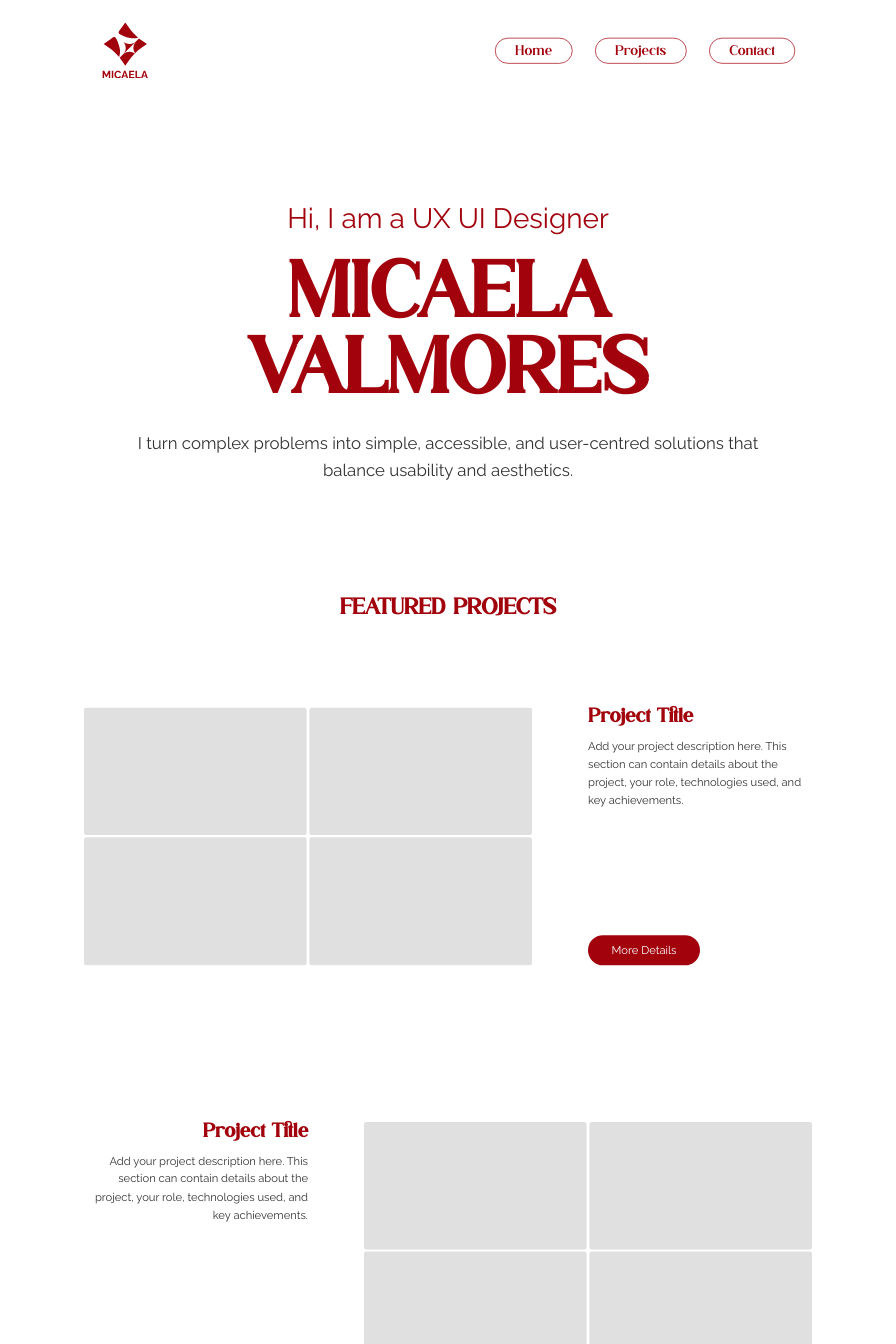
Repository: Micaelavalmores/Micaela-Portfolio
Page: /
The author's editor kept a copy of each file at every save. The page is drawn from the files as they stood at one save, then again after the next save.
The browser window is 1280 px wide. The pictures show the part of the page from y = 0 to 1920 px (the page is 2787 px tall), at 70% of full size.
The project was rebuilt for these pictures with package versions that can differ from the ones it lists, and the page was loaded fresh each time. The framework's server and built-in components were replaced by stand-ins that run in the browser. Also part of the build but not shown: next.config.mjs.

Above is the page before, as saved 2026-01-27 13:48:50.

### app/layout.js

import { Geist } from "next/font/google";
import { Raleway } from "next/font/google";
import "./globals.css";

const geistSans = Geist({
  variable: "--font-geist-sans",
  subsets: ["latin"],
});

const raleway = Raleway({
  variable: "--font-raleway",
  subsets: ["latin"],
});



export const metadata = {
  title: "Micaela Valmores",
  description: "Generated by create next app",
  icons: {
    icon: "/logos/micaela-logo.svg",
  },
};

export default function RootLayout({ children }) {
  return (
    <html lang="en">
      <body className={`${raleway.variable}`}>
        {children}
      </body>
    </html>
  );
}

### app/page.js
import Image from "next/image";
import styles from "./page.module.css";
import HomePage from "./home-page/page";

export default function Home() {
  return (
    <div className={styles.page}>
      <HomePage />
    </div>
  );
}

### app/globals.css
:root {
  --background: #ffffff;
  --foreground: #171717;
  --font-ghaista: 'Ghaista', var(--font-raleway);
}

@font-face {
  font-family: 'Ghaista';
  src: url('/fonts/Ghaitsa.ttf') format('truetype');
  font-weight: 400;
  font-style: normal;
  font-display: swap;
}

@media (prefers-color-scheme: dark) {
  :root {
    --background: #0a0a0a;
    --foreground: #ffffff;
  }
}

html,
body {
  max-width: 100vw;
  overflow-x: hidden;
}

body {
  color: var(--foreground);
  background: var(--background);
  font-family: var(--font-raleway);
  -webkit-font-smoothing: antialiased;
  -moz-osx-font-smoothing: grayscale;
}

* {
  box-sizing: border-box;
  padding: 0;
  margin: 0;
}

a {
  color: inherit;
  text-decoration: none;
}

@media (prefers-color-scheme: dark) {
  html {
    color-scheme: dark;
  }
}

/* Horizontal page margins */
body {
  margin-left: 10rem;
  margin-right: 10rem;
}

/* Tablet: screens between iPhone and iPad */
@media (min-width: 430px) and (max-width: 1024px) {
  body {
    margin-left: 4rem;
    margin-right: 4rem;
  }
}

/* iPad Pro 13in — reduce margins to 7rem */
@media (min-width: 1024px) and (max-width: 1366px) {
  body {
    margin-left: 7rem;
    margin-right: 7rem;
  }
}

/* Mobile horizontal margins: any width smaller than 430px */
@media (max-width: 430px) {
  body {
    margin-left: 3rem;
    margin-right: 3rem;
  }
}

### app/page.module.css
.page {
  --background: #ffffff;
  --foreground: #fff;

  --text-primary: #000;
  --text-secondary: #666;



  display: grid;
  grid-template-columns: 1fr;
  min-height: 100vh;
  font-family: var(--font-geist-sans);
  background-color: var(--background);
}

.Proj-sec {
  display: flex;
  flex-direction: column;
  align-items: center;
  gap: 2rem;
  padding: 2rem 0;
  background-color: #ffff;
  margin: 6rem 0;
  font-family: ghaista;
  color: #A2020C;
}

.intro-sec {
  display: flex;
  flex-direction: column;
  align-items: center;
  gap: 2rem;
  padding: 2rem 0;
  background-color: #ffff;
  margin: 7rem 0 0;
  text-align: center;
}

.intro-sec h1 {
  font-size: 7rem;
  font-weight: 600;
  margin: 0;
  font-family: ghaista;
  color: #A2020C;
}

.intro-greet {
  font-size: 2.5rem;
  font-weight: 400;
  color: #A2020C;
  font-family: raleway;
}

.intro-sec p {
  font-size: 1.5rem;
  max-width: 900px;
  line-height: 1.6;
  color: #333;
  font-family: raleway;
}

.intro-occu {
  padding-top: 2rem;
  font-size: 2.5rem;
  font-weight: 400;
  font-style: italic;
  color: #A2020C;
  font-family: raleway;
}

.main {
  display: flex;
  min-height: 100vh;
  width: 100%;
  max-width: 800px;
  flex-direction: column;
  align-items: flex-start;
  justify-content: space-between;
  background-color: var(--foreground);
  padding: 120px 60px;
}

.intro {
  display: flex;
  flex-direction: column;
  align-items: flex-start;
  text-align: left;
  gap: 24px;
}

.intro h1 {
  max-width: 320px;
  font-size: 40px;
  line-height: 48px;
  letter-spacing: -2.4px;
  text-wrap: balance;
  color: var(--text-primary);
}

.intro p {
  max-width: 440px;
  font-size: 18px;
  line-height: 32px;
  text-wrap: balance;
  color: var(--text-secondary);
}

.intro a {
  font-weight: 500;
  color: var(--text-primary);
}

.ctas {
  display: flex;
  flex-direction: row;
  width: 100%;
  max-width: 440px;
  gap: 16px;
  font-size: 14px;
}

.ctas a {
  display: flex;
  justify-content: center;
  align-items: center;
  height: 40px;
  padding: 0 16px;
  border-radius: 128px;
  border: 1px solid transparent;
  transition: 0.2s;
  cursor: pointer;
  width: fit-content;
  font-weight: 500;
}

a.primary {
  background: var(--text-primary);
  color: var(--background);
  gap: 8px;
}

a.secondary {
  border-color: var(--button-secondary-border);
}

/* Enable hover only on non-touch devices */
@media (hover: hover) and (pointer: fine) {
  a.primary:hover {
    background: var(--button-primary-hover);
    border-color: transparent;
  }

  a.secondary:hover {
    background: var(--button-secondary-hover);
    border-color: transparent;
  }
}

@media (max-width: 600px) {
  .main {
    padding: 48px 24px;
  }

  .intro {
    gap: 16px;
  }

  .intro h1 {
    font-size: 32px;
    line-height: 40px;
    letter-spacing: -1.92px;
  }
}

@media (prefers-color-scheme: dark) {
  .logo {
    filter: invert();
  }

  .page {
    --background: #000;
    --foreground: #000;

    --text-primary: #ededed;
    --text-secondary: #999;

    --button-primary-hover: #ccc;
    --button-secondary-hover: #1a1a1a;
    --button-secondary-border: #1a1a1a;
  }
}

### app/home-page/page.js
import Link from 'next/link'
import styles from '../page.module.css'
import FtProj from '../components/FtProj'
import Navbar from '../components/Navbar'

export default function HomePage() {
  return (
    <main className={styles.page}>
      <nav className='Nav-bar'>
        </nav>
      <Navbar />
      <div className={styles['intro-sec']}>
        <span className={styles['intro-greet']}>Hi, I am a UX UI Designer</span>
        <h1>MICAELA VALMORES</h1>
        <p>I turn complex problems into simple, accessible, and user-centred solutions that balance usability and aesthetics.</p>
      </div>
      <div className={styles['Proj-sec']}>
        <h1>FEATURED PROJECTS</h1>
        <FtProj reversed={false}/>
        <FtProj reversed={true} />
        <FtProj reversed={false}/>
      </div>
    </main>
  )
}

### app/components/FtProj.js
'use client';

import styles from './FtProj.module.css';

/*
  HOW TO USE:
  The FtProj component has two layout states controlled by the reversed prop:
  1. Default (reversed={false}): Images on left, text on right (left-justified)
  2. Reversed (reversed={true}): Text on left (right-justified), images on right

  Layout changes can only be controlled in the backend by passing the reversed prop.
  Users cannot change the layout.

  Usage examples:
  <FtProj /> - Standard layout
  <FtProj reversed={true} /> - Reversed layout
*/

export default function FtProj({ reversed = false }) {
  return (
    <div className={`${styles.container} ${reversed ? styles.reversed : ''}`}>
      {/* Left Column - Text (if reversed) / Images (if standard) */}
      {!reversed ? (
        // Standard: Images on left
        <div className={styles.imagesColumn}>
          <div className={styles.imagePlaceholder}></div>
          <div className={styles.imagePlaceholder}></div>
          <div className={styles.imagePlaceholder}></div>
          <div className={styles.imagePlaceholder}></div>
        </div>
      ) : (
        // Reversed: Text on left
        <div className={styles.textColumn}>
          <div className={styles.textContent}>
            <h2>Project Title</h2>
            <p>Add your project description here. This section can contain details about the project, your role, technologies used, and key achievements.</p>
          </div>
          <button className={styles.projectButton}>More Details</button>
        </div>
      )}

      {/* Right Column - Text (if standard) / Images (if reversed) */}
      {!reversed ? (
        // Standard: Text on right
        <div className={styles.textColumn}>
          <div className={styles.textContent}>
            <h2>Project Title</h2>
            <p>Add your project description here. This section can contain details about the project, your role, technologies used, and key achievements.</p>
          </div>
          <button className={styles.projectButton}>More Details</button>
        </div>
      ) : (
        // Reversed: Images on right
        <div className={styles.imagesColumn}>
          <div className={styles.imagePlaceholder}></div>
          <div className={styles.imagePlaceholder}></div>
          <div className={styles.imagePlaceholder}></div>
          <div className={styles.imagePlaceholder}></div>
        </div>
      )}
    </div>
  );
}

### app/components/Navbar.js
import Link from "next/link";
import Image from "next/image";
import styles from "./Navbar.module.css";

export default function Navbar() {
  return (
    <nav className={styles.navbar}>
      <Link href="/" className={styles.logoContainer}>
        <Image
          src="/logos/logo-name.svg"
          alt="Micaela Valmores"
            width={70}
          height={80}
          priority
        />
      </Link>

      <ul className={styles.navLinks}>
        <li>
          <Link href="/">Home</Link>
        </li>
        <li>
          <Link href="/projects-page">Projects</Link>
        </li>
        <li>
          <Link href="/contact">Contact</Link>
        </li>
      </ul>
    </nav>
  );
}

### app/components/FtProj.module.css
.container {
  width: 65rem;
  height: 25rem;
  display: grid;
  grid-template-columns: 1fr 1fr;
  gap: 5rem;
  padding: 1rem 0;
  margin: 5rem 0;
}

.container.reversed {
  grid-template-columns: 1fr 1fr;
}

.reversed .textContent {
  text-align: right;
}

.reversed .textColumn {
  text-align: right;
}

.reversed .projectButton {
  justify-self: end;
}

.imagesColumn {
  display: grid;
  grid-template-columns: 1fr 1fr;
  gap: 0.2rem;
  width: 40rem;
}

.imagePlaceholder {
  width: 100%;
  height: 100%;
  background-color: #e0e0e0;
  border-radius: 0.2rem;
}

.textColumn {
  display: grid;
  grid-template-rows: 1fr auto;
  gap: 2rem;
}

.textContent {
  display: flex;
  flex-direction: column;
}

.textColumn h2 {
  margin: 0 0 1rem 0;
  font-size: 1.75rem;
  font-family: ghaista;
}

.textColumn p {
  margin: 0;
  line-height: 1.6;
  color: #333;
  font-size: 1rem;
  font-family: raleway;
}

.projectButton {
  align-self: start;
  width: 10rem;
  padding: 0.75rem 1.5rem;
  background-color: #A2020C;
  color: #fff;
  border: none;
  border-radius: 5rem;
  font-size: 1rem;
  cursor: pointer;
  font-family: raleway;
}

.projectButton:hover {
  background-color: #b62d36;
}

### app/components/Navbar.module.css
.navbar {
  display: flex;
  justify-content: space-between;
  width: 100%;
  align-items: center;
  padding: 2rem 2rem;
  background-color: #ffffff;
  position: sticky;
  top: 0;
  z-index: 1000;
}

.logoContainer {
  display: flex;
  justify-self: start;
}

.logoContainer:hover {
  opacity: 0.8;
}

.navLinks {
  display: flex;
  gap: 2rem;
  list-style: none;
  margin: 0;
  padding: 0;
  align-items: center;
}

.navLinks li {
  margin: 0;
}

.navLinks a {
  text-decoration: none;
  color: #A2020C;
  font-size: 1.25rem;
  font-weight: 500;
  transition: color 0.3s ease;
  position: relative;
  border: solid 1px #A2020C;
  border-radius: 3rem;
  padding: 0.50rem 1.75rem;
  font-family: ghaista;
}

.navLinks a:hover {
  color: #0070f3;
}



.navLinks a:hover::after {
  width: 100%;
}

/* Responsive design */
/* @media (max-width: 768px) {
  .navbar {
    padding: 1rem 1.5rem;
  }

  .navLinks {
    gap: 1.5rem;
  }

  .navLinks a {
    font-size: 0.9rem;
  }
} */

/* @media (max-width: 480px) {
  .navbar {
    padding: 0.75rem 1rem;
  }

  .navLinks {
    gap: 1rem;
  }

  .navLinks a {
    font-size: 0.85rem;
  }
} */

After the next save:
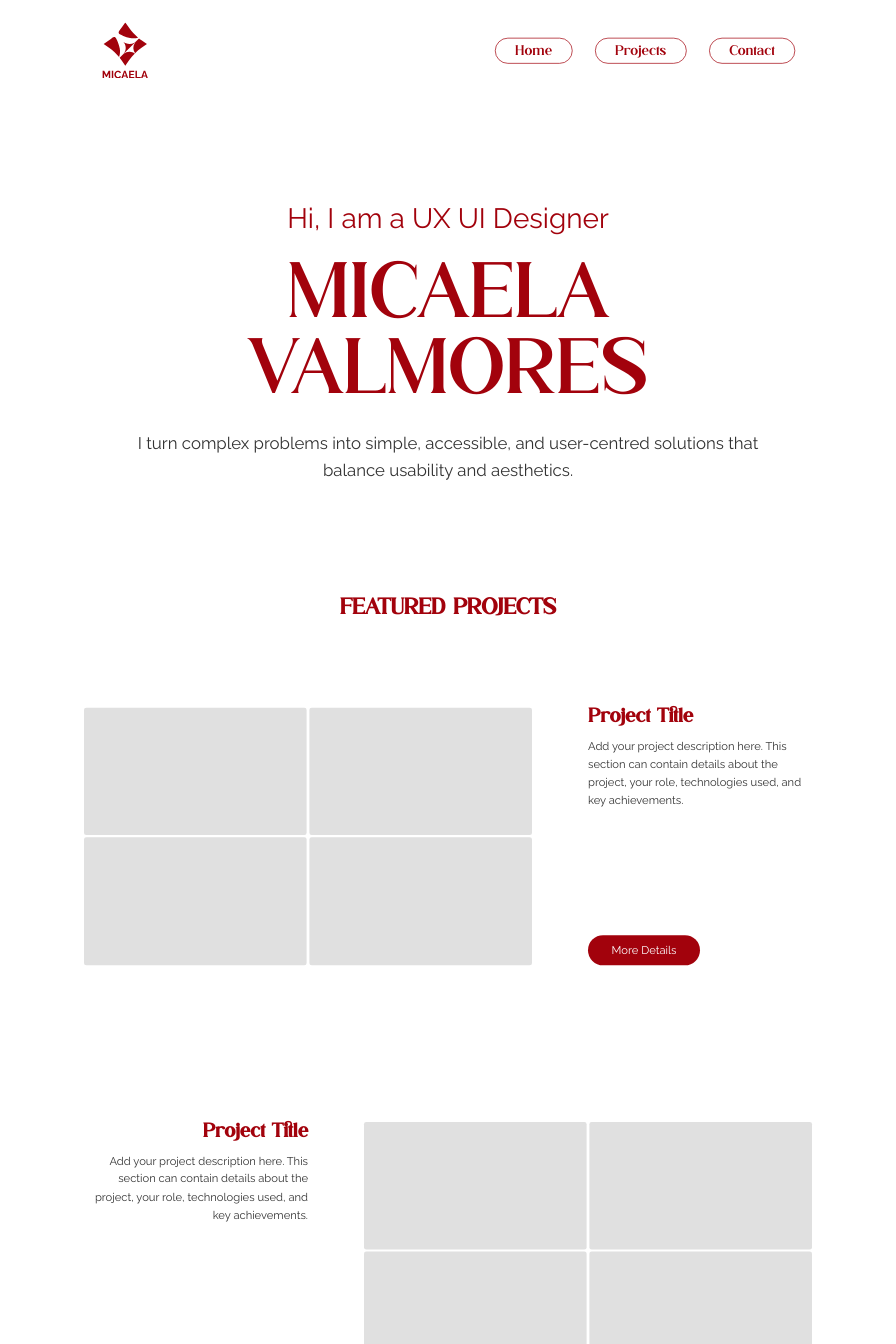
Saved 10 s later.
--- a/app/page.module.css
+++ b/app/page.module.css
@@ -39,7 +39,7 @@
 
 .intro-sec h1 {
   font-size: 7rem;
-  font-weight: 600;
+  font-weight: normal;
   margin: 0;
   font-family: ghaista;
   color: #A2020C;
